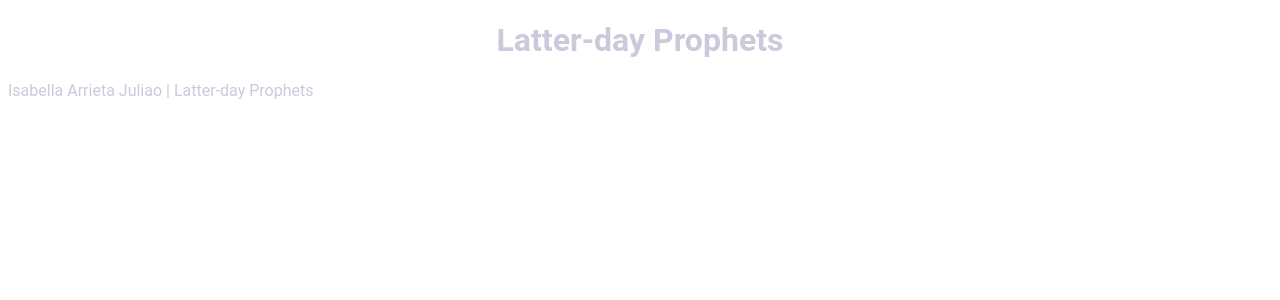
Repository: isaAJ05/wdd231
Page: prophets.html
These files come from the project's save history. The page is drawn as it stood at one moment and after a run of saves; the edit follows.
The browser window is 1280 px wide. The pictures show the whole page.
The page's requests for data from a server got no answer. Some web fonts or font styles are not loaded; a fallback is used.

Above is the page before, as saved 2026-03-12 00:48:52.
Console error: TypeError: Cannot set properties of null (setting 'innerHTML')

After the next 2 saves:
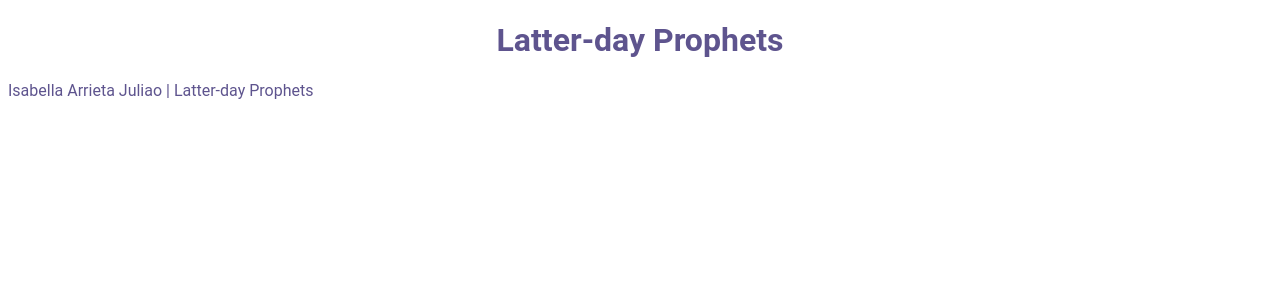
The 2 saves are shown as one change because they came seconds apart.
The last was saved 7 s later.
--- a/styles/prophets.css
+++ b/styles/prophets.css
@@ -6,7 +6,7 @@
 }
 body {
 	font-family: Roboto, sans-serif;
-	color: var(--primary-color);
+	color: var(--secondary-color);
 }
 
 h1 {
